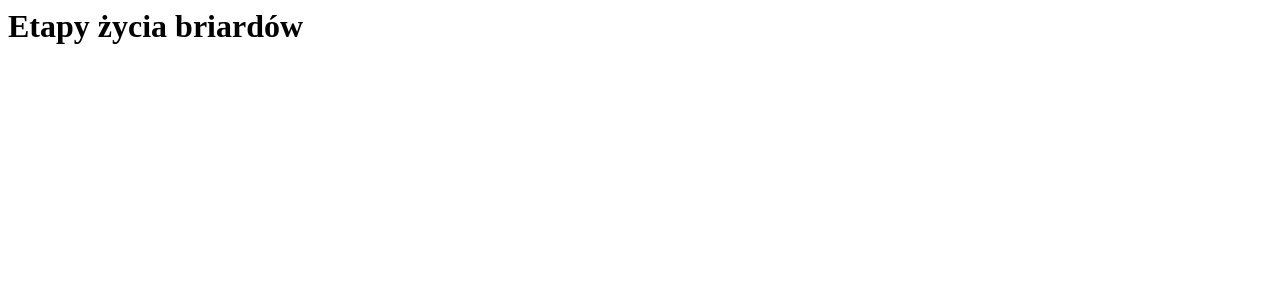
Repository: Lenerystia/HTML
Page: Rozdział 12/02.02.2022/Wyrownanie_w_poziomie/vertical-align.html
An editor plug-in stored every save of this project. The page is shown before and after the next save, followed by the edit.
The browser window is 1280 px wide. The pictures show the whole page.

Above is the page before, as saved 2022-02-02 12:59:20.

### Rozdział 12/02.02.2022/Wyrownanie_w_poziomie/vertical-align.html
<html>
	<head>
		<meta http-equiv="content-type" content="text/html; charset=UTF-8">
		<title>Wyrównanie w poziomie</title>
		<link rel="stylesheet" href="style.css">
		</head>
		<body>
		<h1>Etapy życia briardów</h1>
        </body>
</html>

### Rozdział 12/02.02.2022/Wyrownanie_w_poziomie/style.css
#six-months{
    vertical-align:text-top;
}
#one-year{
    vertical-align: baseline;
}
#two-year{
    vertical-align: text-bottom;
}

After the next save:
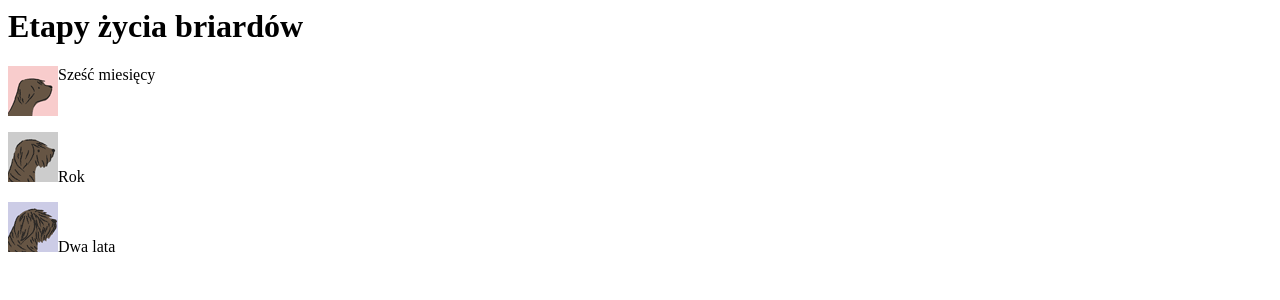
Saved 18 s later.
--- a/Rozdział 12/02.02.2022/Wyrownanie_w_poziomie/vertical-align.html
+++ b/Rozdział 12/02.02.2022/Wyrownanie_w_poziomie/vertical-align.html
@@ -6,5 +6,8 @@
 		</head>
 		<body>
 		<h1>Etapy życia briardów</h1>
+        <p><img src="images/six-months.gif" width="50" height="50" alt="Six months" id="six-months">Sześć miesięcy</p>
+        <p><img src="images/one-year.gif" width="50" height="50" alt="One year" id="one-year">Rok</p>
+        <p><img src="images/two-years.gif" width="50" height="50" alt="Two years" id="two-years">Dwa lata</p>
         </body>
 </html>
